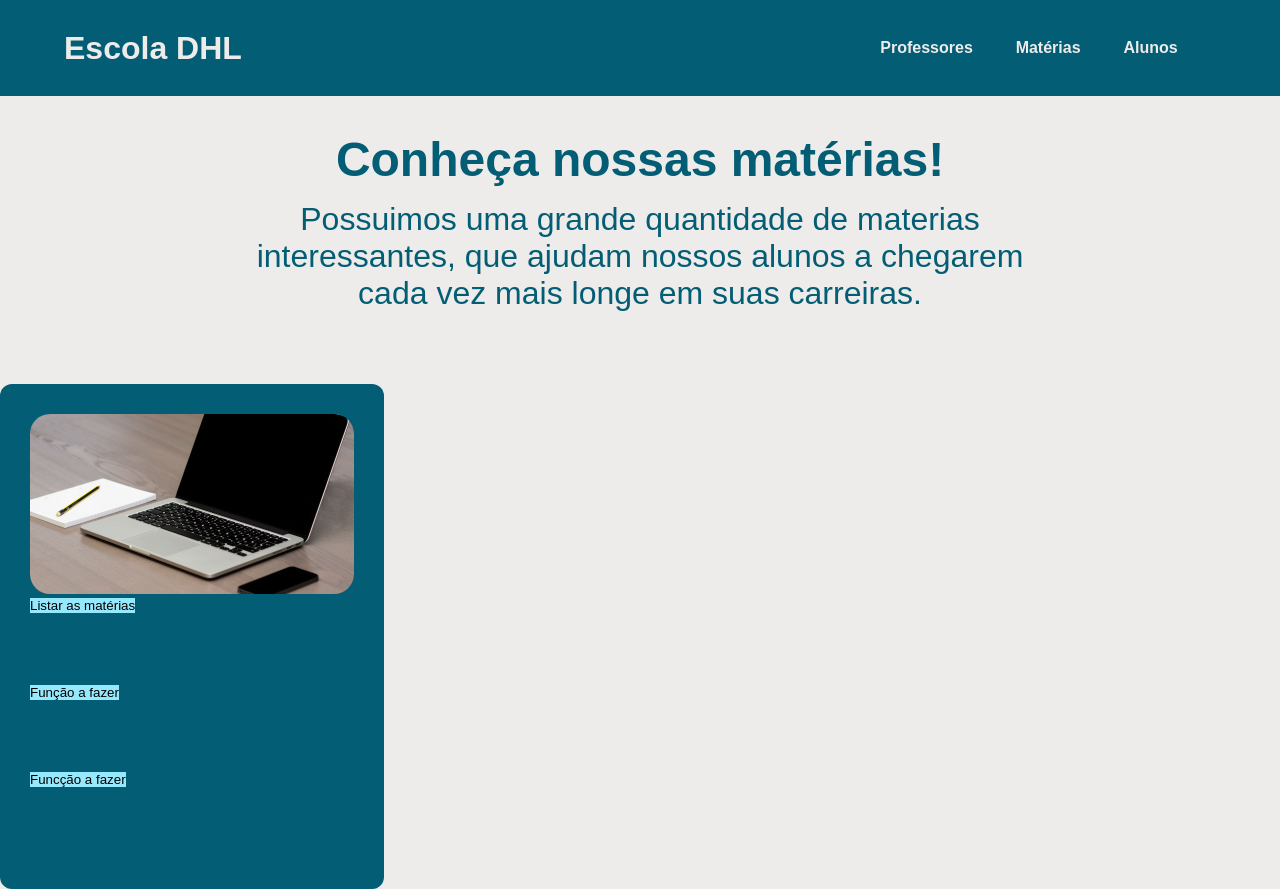
Repository: SirHick/sa-sistema-escola-DHL
Page: front/materias.html
An editor plug-in stored every save of this project. The page is shown before and after the next save, followed by the edit.
The browser window is 1280 px wide. The pictures show the whole page.

Above is the page before, as saved 2026-07-17 16:38:10.

### front/materias.html
<!DOCTYPE html>
<html lang="pt-br">
<head>
    <meta charset="UTF-8">
    <meta name="viewport" content="width=device-width, initial-scale=1.0">
    <title>Matérias</title>
    <link rel="stylesheet" href="style.css">
</head>
<body>
    <header>

        <a href="index.html"><h1>Escola DHL</h1></a>

        <nav>
            <a href="">Professores</a>
            <a href="">Matérias</a>
            <a href="">Alunos</a>
        </nav>
    </header>


    <section class = "main-text">
            <h2>Conheça nossas matérias!</h2>

            <p>Possuimos uma grande quantidade de materias interessantes, que
                ajudam nossos alunos a chegarem cada vez mais longe em suas carreiras.
            </p>
    </section>

    <section class = "image-with-buttons">
        <img src="images/laptop.jpg" alt="Um laptop com um caderno e um celular ao lado">

        <button>Listar as matérias</button>
        <button>Função a fazer</button>
        <button>Funcção a fazer</button>
    </section>




    <script src="script.js"></script>
</body>
</html>

### front/style.css
*{
    margin: 0;
    padding: 0;
    box-sizing: border-box;
    object-fit: cover;
    font-family: 'Nunito', sans-serif;
}


body{
    background: #EDECEA;
}


/* ESTILIZAÇÃO PARA A PÁGINA INICIAL*/
.landing-page{
    display: flex;
}


header{
    background: #035D74;
    width: 100vw;
    height: 6rem;
    max-height: 8rem;
    display: grid;
    grid-template-columns: 1fr 1fr;
    align-items: center;
    padding-left: 5vw;
    padding-right: 5vw;
}

header a {
    color: #EDECEA;
    text-decoration: none;
    font-style: none;
}

header nav{
    justify-self: end;

}

header nav a{
    text-decoration: none;
    color: #EDECEA;
    font-weight: 700;
    margin-right: 3vw;
}

.hero-section{
    justify-self: center;
    background-color: #035D74;
    margin-top: 10vh;
    display: grid;
    grid-template-columns: auto auto auto;
    gap: 10px;
    border-radius:12px;
    padding: 30px;
}

.hero-section img{
    width: 15vw;
    border-radius: 20px;
}

.main-text h2{
    margin-bottom: 2vh;
}

.main-text{
    margin-bottom: 3vh;
    color: #035D74;
    text-align: center;
    margin-top: 5vh;
    font-size: 2rem;
    max-width: 60vw;
    justify-self: center;
}


/* ESTILIZAÇÃO PARA A PÁGINA DOS PROFESSORES*/

.image-with-buttons{
    background-color: #035D74;
    margin-top: 10vh;
    border-radius:12px;
    padding: 30px;
    max-width: 30vw;
}

.image-with-buttons img{
    width: 100%;
    height: 25vh;
    border-radius: 20px;
}

.image-with-buttons button{
    background-color: #96E8FC;
    border: none;
    display: block;
    margin-bottom: 10vh;
}

Loaded but not shown: front/script.js (no stored copy; drawn as an empty file)

After the next save:
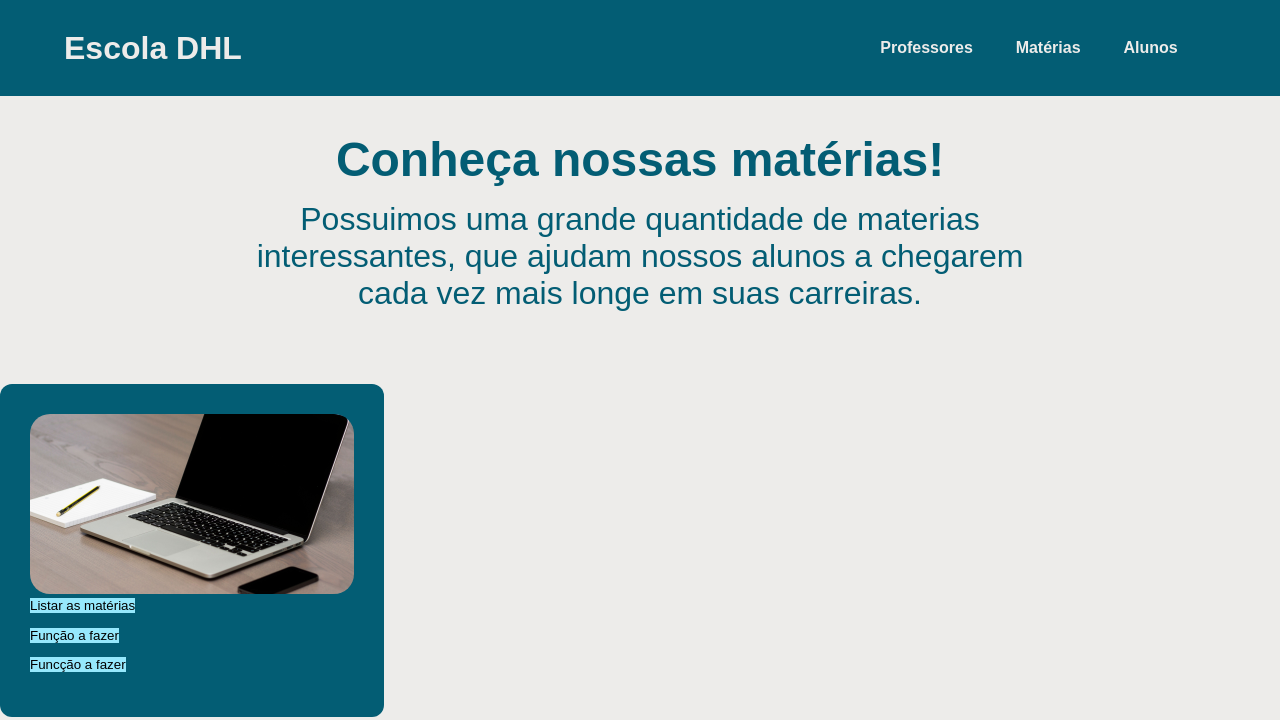
Saved 4 s later.
--- a/front/style.css
+++ b/front/style.css
@@ -99,5 +99,5 @@ header nav a{
     background-color: #96E8FC;
     border: none;
     display: block;
-    margin-bottom: 10vh;
+    margin-bottom: 2vh;
 }
